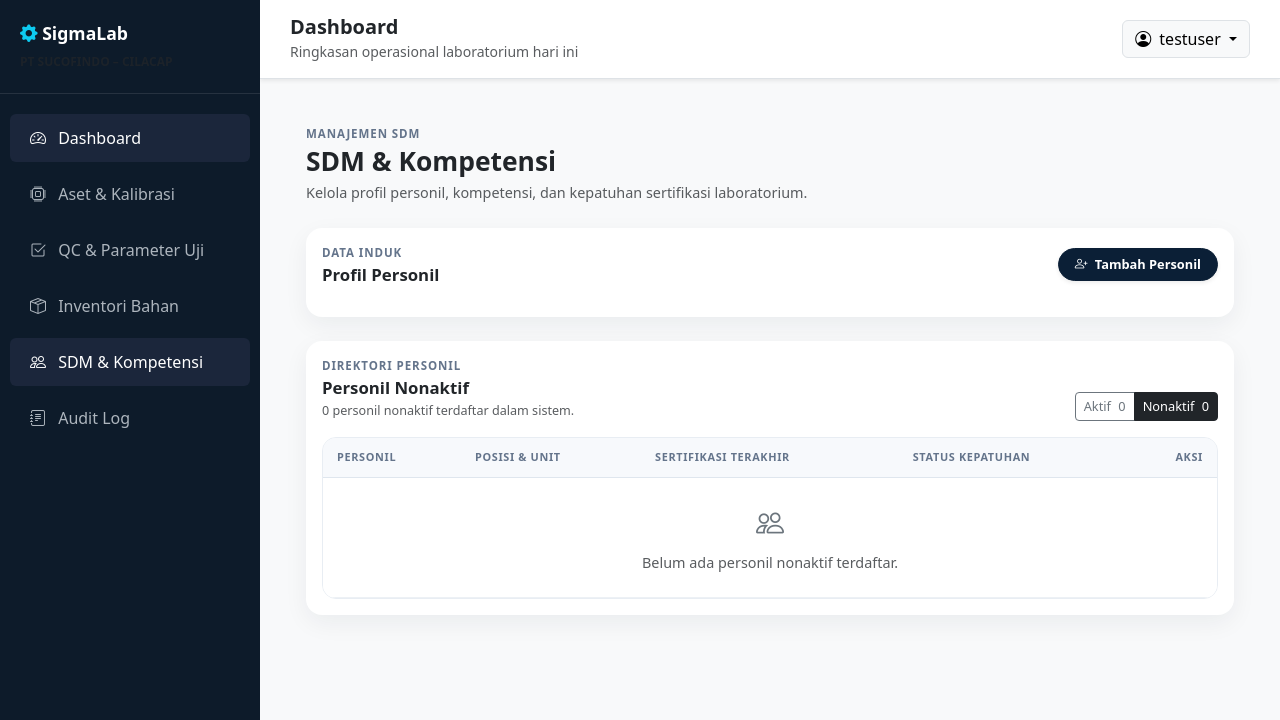
Repository: amelianeesa/sigmalab
Page: http://localhost/sdm?status=nonaktif
The author's editor kept a copy of each file at every save. The page is drawn from the files as they stood at one save, then again after the next save.
The browser window is 1280 px wide. The pictures show the whole page.
The page is served by the project's Laravel application, run on PHP 8.4 with Laravel 12. A made-up administrator, Test User (test@example.com), is signed in. Other server files are loaded and not shown. Queries for data that is not in the repository find no rows.

Above is the page before, as saved 2026-08-05 16:04:30.

### routes/web.php
<?php

use Illuminate\Support\Facades\Route;
use App\Http\Controllers\AuthController;
use App\Http\Controllers\SdmController;

Route::get('/', [AuthController::class, 'showLogin']);
Route::get('/login', [AuthController::class, 'showLogin'])->name('login');
Route::post('/login', [AuthController::class, 'processLogin'])->name('login.process');

Route::get('/register', [AuthController::class, 'showRegister'])->name('register');
Route::post('/register', [AuthController::class, 'processRegister'])->name('register.process');

Route::post('/logout', [AuthController::class, 'logout'])->name('logout');

Route::middleware(['auth'])->group(function () {

    Route::get('/dashboard', function () {
        return view('dashboard-index');
    })->name('dashboard');

    Route::get('/sdm', [SdmController::class, 'index'])->name('sdm.index');
    Route::get('/sdm/create', [SdmController::class, 'create'])->name('sdm.create');
    Route::post('/sdm', [SdmController::class, 'store'])->name('sdm.store');
    Route::get('/sdm/{id}/edit', [SdmController::class, 'edit'])->name('sdm.edit');
    Route::put('/sdm/{id}', [SdmController::class, 'update'])->name('sdm.update');
    Route::delete('/sdm/{id}', [SdmController::class, 'destroy'])->name('sdm.destroy');

    Route::get('/sdm/{id}/kompetensi', [SdmController::class, 'kompetensiDetail'])->name('sdm.kompetensi.detail');
    Route::get('/sdm/{id}/cv', [SdmController::class, 'showCv'])->name('sdm.cv');
});

### app/Models/User.php
<?php

namespace App\Models;

use Illuminate\Database\Eloquent\Factories\HasFactory;
use Illuminate\Foundation\Auth\User as Authenticatable;
use Illuminate\Notifications\Notifiable;

class User extends Authenticatable
{
    use HasFactory, Notifiable;

    protected $table = 'users';
    protected $primaryKey = 'users_id';

    protected $fillable = [
        'personil_id',
        'username',
        'email',
        'password',
        'role_id',
        'status_aktif',
    ];

    protected $hidden = [
        'password',
    ];

    public function personil()
    {
        return $this->belongsTo(Personil::class, 'personil_id', 'personil_id');
    }

    public function role()
    {
        return $this->belongsTo(Role::class, 'role_id', 'roles_id');
    }
}

### app/Http/Controllers/SdmController.php
<?php
namespace App\Http\Controllers;

use Illuminate\Http\Request;
use App\Models\Personil; // Sesuaikan dengan model Anda
use App\Models\KompetensiPersonil;
use Carbon\Carbon;
use Illuminate\Support\Facades\DB;
use Illuminate\Support\Facades\Storage;

class SdmController extends Controller
{
    public function index()
    {
        $showInactive = request('status') === 'nonaktif';
        $personil = Personil::with(['kompetensi' => fn ($query) => $query->orderByDesc('tanggal_terbit')])
            ->where('status_aktif', ! $showInactive)
            ->get();

        $jumlahPersonilAktif = Personil::where('status_aktif', true)->count();
        $jumlahPersonilNonaktif = Personil::where('status_aktif', false)->count();

        $personil->each(function (Personil $item) {
            $sertifikasi = $item->kompetensi->first();
            $item->sertifikasiTerakhir = $sertifikasi;

            if (! $sertifikasi) {
                $item->statusSertifikasi = ['label' => 'Belum bersertifikat', 'class' => 'status-empty', 'icon' => 'dash-circle'];
            } elseif (! $sertifikasi->tanggal_berakhir) {
                $item->statusSertifikasi = ['label' => 'Aktif', 'class' => 'status-active', 'icon' => 'check-circle'];
            } elseif ($sertifikasi->tanggal_berakhir->isPast()) {
                $item->statusSertifikasi = ['label' => 'Kedaluwarsa', 'class' => 'status-expired', 'icon' => 'x-circle'];
            } elseif ($sertifikasi->tanggal_berakhir->lessThanOrEqualTo(today()->addDays(60))) {
                $item->statusSertifikasi = ['label' => 'Segera berakhir', 'class' => 'status-warning', 'icon' => 'exclamation-circle'];
            } else {
                $item->statusSertifikasi = ['label' => 'Aktif', 'class' => 'status-active', 'icon' => 'check-circle'];
            }
        });
        $selectedPersonil = $personil->firstWhere('personil_id', request('personil_id'));

        return view('sdm.index', compact(
            'personil',
            'selectedPersonil',
            'showInactive',
            'jumlahPersonilAktif',
            'jumlahPersonilNonaktif'
        ));
    }

    public function create()
    {
        return view('sdm.create');
    }

    public function store(Request $request)
    {
        $request->validate([
            'no_induk' => 'required|unique:personil,no_induk',
            'nama' => 'required|string|max:100',
            'jabatan' => 'required|string|max:100',
            'unit_kerja' => 'required|string|max:100',
            'file_cv' => 'nullable|mimes:pdf,jpg,jpeg,png|max:2048',
            'nama_sertifikasi' => 'nullable|string|max:100',
            'no_sertifikasi' => 'nullable|string|max:100',
            'tanggal_terbit' => 'nullable|date',
            'tanggal_berakhir' => 'nullable|date|after_or_equal:tanggal_terbit',
        ]);

        $cvName = null;
        if ($request->hasFile('file_cv')) {
            $cvName = time() . '_' . $request->file_cv->getClientOriginalName();
            Storage::disk('local')->putFileAs('public/uploads/cv', $request->file('file_cv'), $cvName);
        }

        DB::transaction(function () use ($request, $cvName) {
            $personil = Personil::create([
                'no_induk' => $request->no_induk,
                'nama' => $request->nama,
                'jabatan' => $request->jabatan,
                'unit_kerja' => $request->unit_kerja,
                'file_cv' => $cvName,
                'status_aktif' => true,
            ]);

            if ($request->filled('nama_sertifikasi')) {
                $tanggalTerbit = Carbon::parse($request->input('tanggal_terbit') ?: today()->toDateString());

                KompetensiPersonil::create([
                    'personil_id' => $personil->personil_id,
                    'jenis_sertifikasi' => $request->nama_sertifikasi,
                    'no_sertifikasi' => $request->no_sertifikasi,
                    'tanggal_terbit' => $tanggalTerbit->toDateString(),
                    'tanggal_berakhir' => $request->tanggal_berakhir,
                ]);
            }
        });

        return redirect()->route('sdm.index')->with('success', 'Data personil berhasil ditambahkan.');
    }

    public function edit($id)
    {
        $personil = Personil::with(['kompetensi' => fn ($query) => $query->orderByDesc('tanggal_terbit')])->findOrFail($id);
        $sertifikasi = $personil->kompetensi->first();

        return view('sdm.edit', compact('personil', 'sertifikasi'));
    }

    public function update(Request $request, $id)
    {
        $personil = Personil::findOrFail($id);

        $request->validate([
            'no_induk' => 'required|unique:personil,no_induk,' . $id . ',personil_id',
            'nama' => 'required|string|max:100',
            'jabatan' => 'required|string|max:100',
            'unit_kerja' => 'required|string|max:100',
            'file_cv' => 'nullable|mimes:pdf,jpg,jpeg,png|max:2048',
            'nama_sertifikasi' => 'nullable|string|max:100',
            'no_sertifikasi' => 'nullable|string|max:100',
            'tanggal_terbit' => 'nullable|date',
            'tanggal_berakhir' => 'nullable|date|after_or_equal:tanggal_terbit',
        ]);

        if ($request->hasFile('file_cv')) {
            if ($personil->file_cv && Storage::disk('local')->exists('public/uploads/cv/' . $personil->file_cv)) {
                Storage::disk('local')->delete('public/uploads/cv/' . $personil->file_cv);
            }
            $cvName = time() . '_' . $request->file_cv->getClientOriginalName();
            Storage::disk('local')->putFileAs('public/uploads/cv', $request->file('file_cv'), $cvName);
            $personil->file_cv = $cvName;
        }

        DB::transaction(function () use ($personil, $request) {
            $personil->update([
                'no_induk' => $request->no_induk,
                'nama' => $request->nama,
                'jabatan' => $request->jabatan,
                'unit_kerja' => $request->unit_kerja,
            ]);

            if ($request->filled('nama_sertifikasi')) {
                $dataSertifikasi = [
                    'jenis_sertifikasi' => $request->nama_sertifikasi,
                    'no_sertifikasi' => $request->no_sertifikasi,
                    'tanggal_terbit' => $request->tanggal_terbit,
                    'tanggal_berakhir' => $request->tanggal_berakhir,
                ];

                $sertifikasi = $personil->kompetensi()->orderByDesc('tanggal_terbit')->first();
                $sertifikasi
                    ? $sertifikasi->update($dataSertifikasi)
                    : $personil->kompetensi()->create($dataSertifikasi);
            }
        });

        return redirect()->route('sdm.index')->with('success', 'Data personil berhasil diperbarui.');
    }

    public function destroy($id)
    {
        $personil = Personil::findOrFail($id);
        // Soft delete sesuai rancangan database
        $personil->update(['status_aktif' => false]);

        return redirect()->route('sdm.index')->with('success', 'Data personil dinonaktifkan (Soft Delete).');
    }

    public function activate($id)
    {
        $personil = Personil::findOrFail($id);
        $personil->update(['status_aktif' => true]);

        return redirect()->route('sdm.index')->with('success', 'Personil berhasil diaktifkan kembali.');
    }

    public function forceDestroy($id)
    {
        $personil = Personil::where('status_aktif', false)->findOrFail($id);

        if (DB::table('kegiatan_personil')->where('personil_id', $personil->personil_id)->exists()) {
            return redirect()->route('sdm.index', ['status' => 'nonaktif'])
                ->with('error', 'Personil tidak dapat dihapus permanen karena masih tercatat dalam kegiatan laboratorium.');
        }

        $fileCv = $personil->file_cv;
        $personil->delete();

        if ($fileCv && Storage::disk('local')->exists('public/uploads/cv/' . $fileCv)) {
            Storage::disk('local')->delete('public/uploads/cv/' . $fileCv);
        }

        return redirect()->route('sdm.index', ['status' => 'nonaktif'])
            ->with('success', 'Data personil beserta CV dan sertifikasinya telah dihapus permanen.');
    }

    public function kompetensiDetail($id)
    {
        $personil = Personil::with(['kompetensi' => fn ($query) => $query->orderByDesc('tanggal_terbit')])->findOrFail($id);
        return view('sdm.kompetensi_detail', compact('personil'));
    }

    public function storeKompetensi(Request $request, $id)
    {
        $personil = Personil::findOrFail($id);
        $data = $request->validate([
            'jenis_sertifikasi' => 'required|string|max:100',
            'no_sertifikasi' => 'nullable|string|max:100',
            'tanggal_terbit' => 'nullable|date',
            'tanggal_berakhir' => 'nullable|date|after_or_equal:tanggal_terbit',
        ]);

        $personil->kompetensi()->create($data);

        return redirect()->route('sdm.kompetensi.detail', $personil->personil_id)
            ->with('success', 'Sertifikat berhasil ditambahkan.');
    }

    public function updateKompetensi(Request $request, $id, $kompetensiId)
    {
        $personil = Personil::findOrFail($id);
        $kompetensi = $personil->kompetensi()->findOrFail($kompetensiId);
        $data = $request->validate([
            'jenis_sertifikasi' => 'required|string|max:100',
            'no_sertifikasi' => 'nullable|string|max:100',
            'tanggal_terbit' => 'nullable|date',
            'tanggal_berakhir' => 'nullable|date|after_or_equal:tanggal_terbit',
        ]);

        $kompetensi->update($data);

        return redirect()->route('sdm.kompetensi.detail', $personil->personil_id)
            ->with('success', 'Sertifikat berhasil diperbarui.');
    }

    public function destroyKompetensi($id, $kompetensiId)
    {
        $personil = Personil::findOrFail($id);
        $personil->kompetensi()->findOrFail($kompetensiId)->delete();

        return redirect()->route('sdm.kompetensi.detail', $personil->personil_id)
            ->with('success', 'Sertifikat berhasil dihapus.');
    }

    public function showCv($id)
    {
    $personil = Personil::findOrFail($id);
        $path = 'public/uploads/cv/' . $personil->file_cv;

        abort_unless($personil->file_cv && Storage::disk('local')->exists($path), 404, 'File CV tidak ditemukan.');

        return Storage::disk('local')->response($path, $personil->file_cv, [
            'Content-Disposition' => 'inline; filename="' . $personil->file_cv . '"',
        ]);
    }
}

### app/Models/Personil.php
<?php

namespace App\Models;

use Illuminate\Database\Eloquent\Factories\HasFactory;
use Illuminate\Database\Eloquent\Model;
use App\Models\KompetensiPersonil;

class Personil extends Model
{
    use HasFactory;

    protected $table = 'personil';
    protected $primaryKey = 'personil_id';

    protected $fillable = [
        'nama',
        'jabatan',
        'unit_kerja',
        'no_induk',
        'file_cv',
        'status_aktif',
    ];

    public function kompetensi()
    {
        return $this->hasMany(KompetensiPersonil::class, 'personil_id', 'personil_id');
    }
}

### resources/views/layouts/app.blade.php
<!DOCTYPE html>
<html lang="id">

<head>
    <meta charset="UTF-8">
    <title>Dashboard - SIGMALAB Sucofindo</title>
    <link href="https://cdn.jsdelivr.net/npm/bootstrap@5.3.0/dist/css/bootstrap.min.css" rel="stylesheet">
    <link href="https://cdn.jsdelivr.net/npm/bootstrap-icons@1.10.5/font/bootstrap-icons.css" rel="stylesheet">
    <style>
        body {
            background-color: #f8f9fa;
        }

        /* Sidebar Styling */
        #sidebar {
            min-height: 100vh;
            background-color: #0d1b2a;
            color: #fff;
            width: 260px;
            position: fixed;
            top: 0;
            left: 0;
            z-index: 100;
        }

        #sidebar .brand {
            padding: 20px;
            font-weight: bold;
            font-size: 1.1rem;
            border-bottom: 1px solid rgba(255, 255, 255, 0.1);
        }

        #sidebar .nav-link {
            color: #adb5bd;
            padding: 12px 20px;
            margin: 4px 10px;
            border-radius: 6px;
        }

        #sidebar .nav-link:hover,
        #sidebar .nav-link.active {
            color: #fff;
            background-color: #1b263b;
        }

        /* Main Content Styling */
        #content {
            margin-left: 260px;
            padding: 30px;
        }

        .top-navbar {
            background: #fff;
            padding: 15px 30px;
            border-bottom: 1px solid #dee2e6;
            margin-left: 260px;
            display: flex;
            justify-content: space-between;
            align-items: center;
        }
    </style>
</head>

<body>

    <!-- Sidebar -->
    <div id="sidebar" class="d-flex flex-column">
        <div class="brand">
            <i class="bi bi-gear-fill text-info"></i> SigmaLab<br>
            <small class="text-muted" style="font-size: 0.75rem;">PT SUCOFINDO – CILACAP</small>
        </div>
        <ul class="nav flex-column mt-3">
            <li class="nav-item">
                <a href="{{ route('dashboard') }}" class="nav-link active"><i class="bi bi-speedometer2 me-2"></i>
                    Dashboard</a>
            </li>
            <li class="nav-item">
                <a href="#" class="nav-link"><i class="bi bi-cpu me-2"></i> Aset & Kalibrasi</a>
            </li>
            <li class="nav-item">
                <a href="#" class="nav-link"><i class="bi bi-check2-square me-2"></i> QC & Parameter Uji</a>
            </li>
            <li class="nav-item">
                <a href="#" class="nav-link"><i class="bi bi-box-seam me-2"></i> Inventori Bahan</a>
            </li>
            <li class="nav-item">
                <a href="{{ route('sdm.index') }}" class="nav-link {{ request()->routeIs('sdm*') ? 'active' : '' }}">
                    <i class="bi bi-people me-2"></i> SDM & Kompetensi
                </a>
            </li>
            <li class="nav-item">
                <a href="#" class="nav-link"><i class="bi bi-journal-text me-2"></i> Audit Log</a>
            </li>
        </ul>
    </div>

    <!-- Top Navbar -->
    <div class="top-navbar shadow-sm">
        <div>
            <h5 class="mb-0 fw-bold">Dashboard</h5>
            <small class="text-muted">Ringkasan operasional laboratorium hari ini</small>
        </div>
        <div class="dropdown">
            <button class="btn btn-light dropdown-toggle border" type="button" data-bs-toggle="dropdown">
                <i class="bi bi-person-circle me-1"></i> {{ Auth::user()->username ?? 'Admin' }}
            </button>
            <ul class="dropdown-menu dropdown-menu-end">
                <li>
                    <form action="{{ route('logout') }}" method="POST">
                        @csrf
                        <button type="submit" class="dropdown-item text-danger"><i
                                class="bi bi-box-arrow-right me-2"></i> Logout</button>
                    </form>
                </li>
            </ul>
        </div>
    </div>

    <!-- Main Content -->
    <div id="content">
        @yield('content')
    </div>

    <script src="https://cdn.jsdelivr.net/npm/bootstrap@5.3.0/dist/js/bootstrap.bundle.min.js"></script>
</body>

</html>

Loaded but not shown: app/Http/Controllers/Controller.php (common file); resources/views/sdm/index.blade.php (344 lines, source omitted)

After the next save:
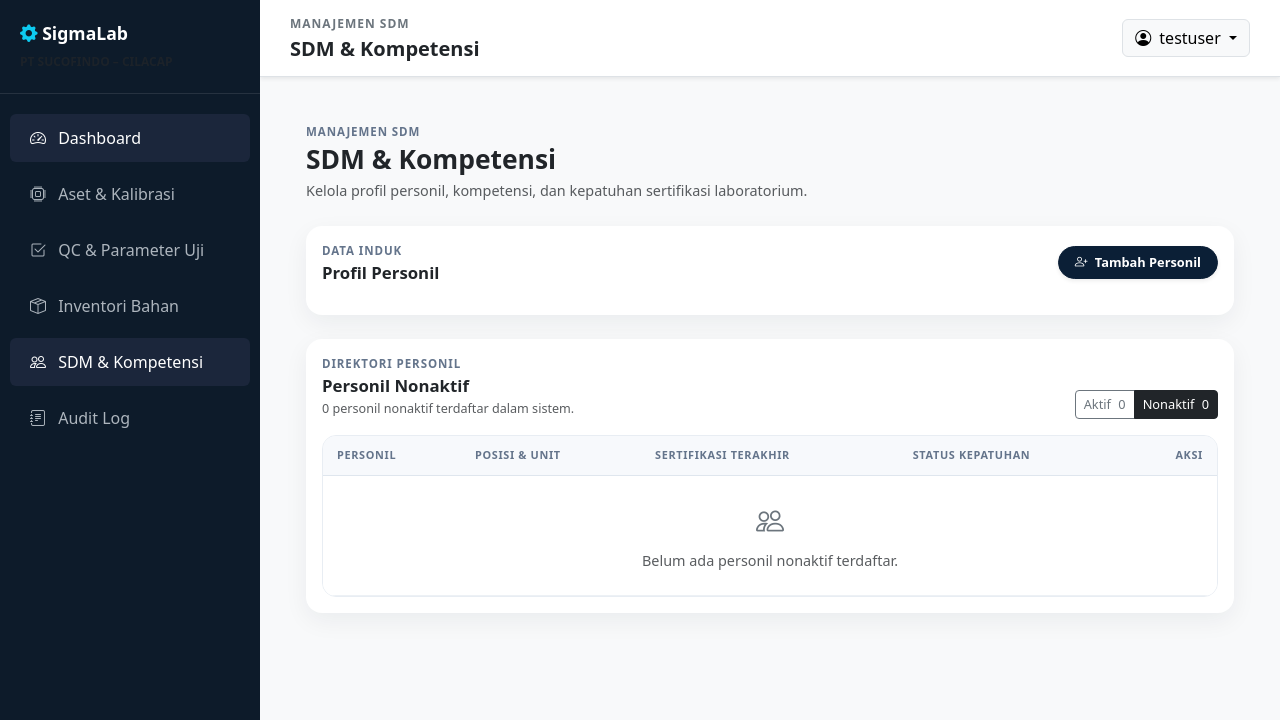
Saved 89 s later.
--- a/resources/views/layouts/app.blade.php
+++ b/resources/views/layouts/app.blade.php
@@ -97,8 +97,8 @@
     <!-- Top Navbar -->
     <div class="top-navbar shadow-sm">
         <div>
-            <h5 class="mb-0 fw-bold">Dashboard</h5>
-            <small class="text-muted">Ringkasan operasional laboratorium hari ini</small>
+            <span class="text-uppercase text-secondary fs-7 fw-bold d-block mb-1" style="font-size: 12px; letter-spacing: 1px;">MANAJEMEN SDM</span>
+            <h5 class="mb-0 fw-bold">SDM & Kompetensi</h5>
         </div>
         <div class="dropdown">
             <button class="btn btn-light dropdown-toggle border" type="button" data-bs-toggle="dropdown">
